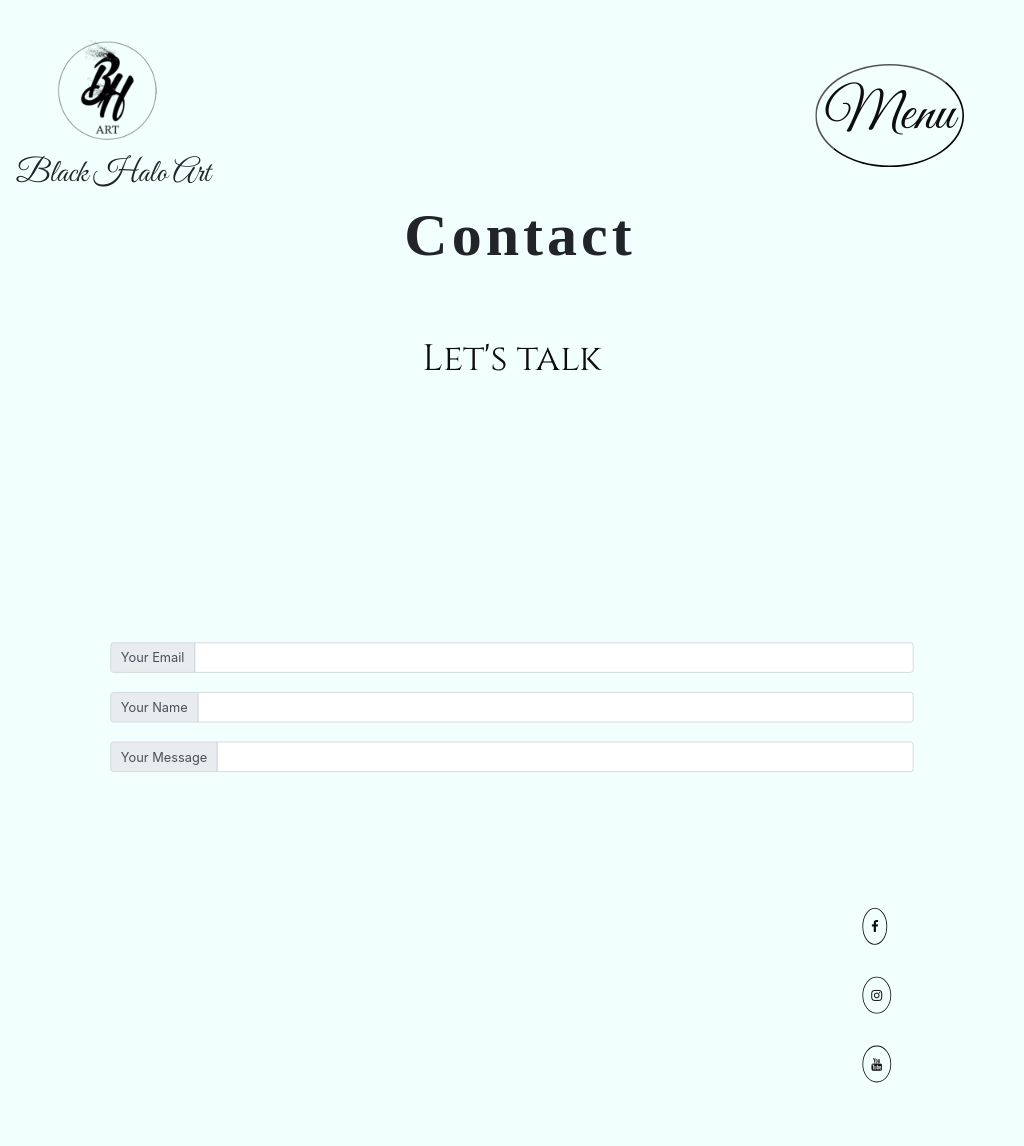
Repository: Cosy-Chaos/project-time
Page: contact.html
The author's editor kept a record of every edit. The page is drawn from the files as they stood at one moment, then again after the next edit.
The browser window is 1280 px wide. The pictures show the whole page, at 80% of full size.
Some web fonts or font styles are not loaded; a fallback is used.

Above is the page before.

### contact.html
<!DOCTYPE html>
<html lang="en">

<head>
    <meta charset="UTF-8">
    <meta name="viewport" content="width=device-width, initial-scale=1.0">
    <meta http-equiv="X-UA-Compatible" content="ie=edge">
    <link href="https://fonts.googleapis.com/css?family=Cinzel|Fredericka+the+Great|Great+Vibes&display=swap" rel="stylesheet">
    <link rel="stylesheet" href="https://stackpath.bootstrapcdn.com/bootstrap/4.3.1/css/bootstrap.min.css" integrity="sha384-ggOyR0iXCbMQv3Xipma34MD+dH/1fQ784/j6cY/iJTQUOhcWr7x9JvoRxT2MZw1T" crossorigin="anonymous">
    <link rel="stylesheet" href="assets/style_contact.css" type="text/css" />
    <link rel="stylesheet" href="https://stackpath.bootstrapcdn.com/font-awesome/4.7.0/css/font-awesome.min.css" type="text/css" />

    <title>Darja Klusina Art</title>
</head>

<body>

    <div class="main-logo">
        <a href="index.html" alt="Main Page"><img src="assets/logo/logo-small.png" alt="Main_Logo"></a></img>
        <div class="name">
            <h1>Black Halo Art</h1>
            <h2>Contact</h2>
        </div>
        <div class="dropdown">
            <button class="dropbtn">Menu</button>
            <div class="dropdown-content">
                <a href="index.html">Home</a>
                <a href="gallery.html">Gallery</a>
                <a href="about.html">About</a>
                <a href="contact.html">Contact</a>
            </div>
        </div>
    </div>

    <div class="content-wrapper">
        <div class="contact-page site-content">
            <div class="conteiner-small text-center">
                <div class="contact-main">
                    <div class="contact-title title-font">Let's talk</div>
                </div>
            </div>
            <div <div class="input-group">
                <div class="input-group-prepend">
                    <span class="input-group-text">Your Email</span>
                </div>
                <input type="text" aria-label="Your email" class="form-control">
            </div>

            <br>

            <div class="input-group">
                <div class="input-group-prepend">
                    <span class="input-group-text">Your Name</span>
                </div>
                <input type="text" aria-label="Your name" class="form-control">
            </div>

            <br>

            <div class="input-group">
                <div class="input-group-prepend">
                    <span class="input-group-text">Your Message</span>
                </div>
                <input type="text" aria-label="Your message" class="form-control">
            </div>

                <div class="about-social">
        <div class="so-item">

            <a href="https://www.facebook.com/blackhaloartist" target="_blank"><i class="fa fa-facebook"></i></a>
            <a href="https://www.instagram.com/blackhaloart/?fbclid=IwAR0IRtwjyj7-B-Tjv5CWjwHUeW9T6ptEm2dCBusSJtjk9olMUAFV6_Zk6og" target="_blank"><i class="fa fa-instagram"></i></a>
            <a href="https://www.youtube.com/channel/UCi3hfkN2DdiEeLvPHpxXXuQ?fbclid=IwAR0wBTjIhNcOKGbDGRSvACz2A8fbxU-7GMN3wKTMOusY2LFUkzb-oG_WCSA" target="_blank"><i class="fa fa-youtube"></i></a>

        </div>

        </div>
    </div>



</body>

</html>

### assets/style_contact.css
body {
    background-color: #f1fffd;
}



.main-logo {
    padding-top: 50px;
    padding-left: 20px;
    margin: 0;
    text-align: left;

}

.main-logo img {
    padding-left: 50px;
}

.main-logo h1 {
    font-family: 'Great Vibes', cursive;
    padding-top: 15px;
    text-align: left;
}

.main-logo h2 {
    text-align: center;
    font-family: 'Fredericka the Great', cursive;
    font-size: 75px;
    font-weight: 600;
    letter-spacing: 5px;
}

.dropbtn {
    background-color: transparent;
    font-family: 'Great Vibes', cursive;
    color: #0d0d0d;
    font-size: 70px;
    padding: 10px;
    border-radius: 100%;
}

.dropdown {
    position: absolute;
    top: 80px;
    right: 75px;
    display: inline-block;
}


.dropdown-content {
    display: none;
    position: absolute;
    background-color: transparent;
    min-width: 185px;
    box-shadow: 0px 2px 8px 0px #191970;
    z-index: 1;
}


.dropdown-content a {
    color: #0d0d0d;
    font-family: 'Great Vibes', cursive;
    text-align: center;
    font-size: 40px;
    padding: 12px 16px;
    text-decoration: none;
    display: block;
}


.dropdown-content a:hover {
    background-color: #ddd;
}


.dropdown:hover .dropdown-content {
    display: block;
}


.dropdown:hover .dropbtn {
    background-color: transparent;
}

.content-wrapper {
    padding-left: 10%;
    padding-right: 10%;
}

.content-wrapper {
    -webkit-box-flex: 1;
    -ms-flex: 1;
    flex: 1;
}

.content-wrapper {
    -webkit-box-flex: 1;
    -ms-flex: 1 1 auto;
    flex: 1 1 auto;
    height: 100%;
}

.site-wrapper {
    padding-left: 10%;
    padding-right: 10%;
}

.site-wrapper {
    -webkit-box-flex: 1;
    -ms-flex: 1;
    flex: 1;
}

.site-wrapper {
    -webkit-box-flex: 1;
    -ms-flex: 1 1 auto;
    flex: 1 1 auto;
    height: 100%;
}

.contact-page {
    padding-bottom: 3.75rem;
}

.site-content {
    margin-left: 0.625rem;
    margin-right: 0.625rem;
}

.contact-page>.container-small {
    padding-left: 0;
    padding-right: 0;
}

.container-small {
    max-width: 51.25rem;
}

.container-small,
.container-lg {
    margin-left: auto;
    margin-right: auto;
    padding-left: 0.9375rem;
    padding-right: 0.9375rem;
    width: 100%;
}

.text-center {
    text-align: center;
}

.contact-main {
    padding-top: 2.9375rem;
    padding-bottom: 10.00rem;
}

.contact-title title-font h1,
h2,
h3,
h4,
.title-font {
    font-family: 'Cinzel', serif;
}

.contact-title {
    font-size: 2.875rem;
    margin-top: 1.25rem;
    margin-bottom: 10.00rem;
    color: #0d0d0d;
    text-align: center;
}

.about-social {
    margin-top: 150px;
    margin-left:920px;
    display:inline-block;
}


.about-social a {
    color: #0d0d0d;
    border-radius: 50%;
    border: 1px solid #0d0d0d;
    padding: 10px;
    margin: 20px;
    display: inline-block;
}

.about-social a:hover {
    transition: .20s ease-in-out;
    text-shadow: 2px 2px 5px #191970;
}

After the next edit:
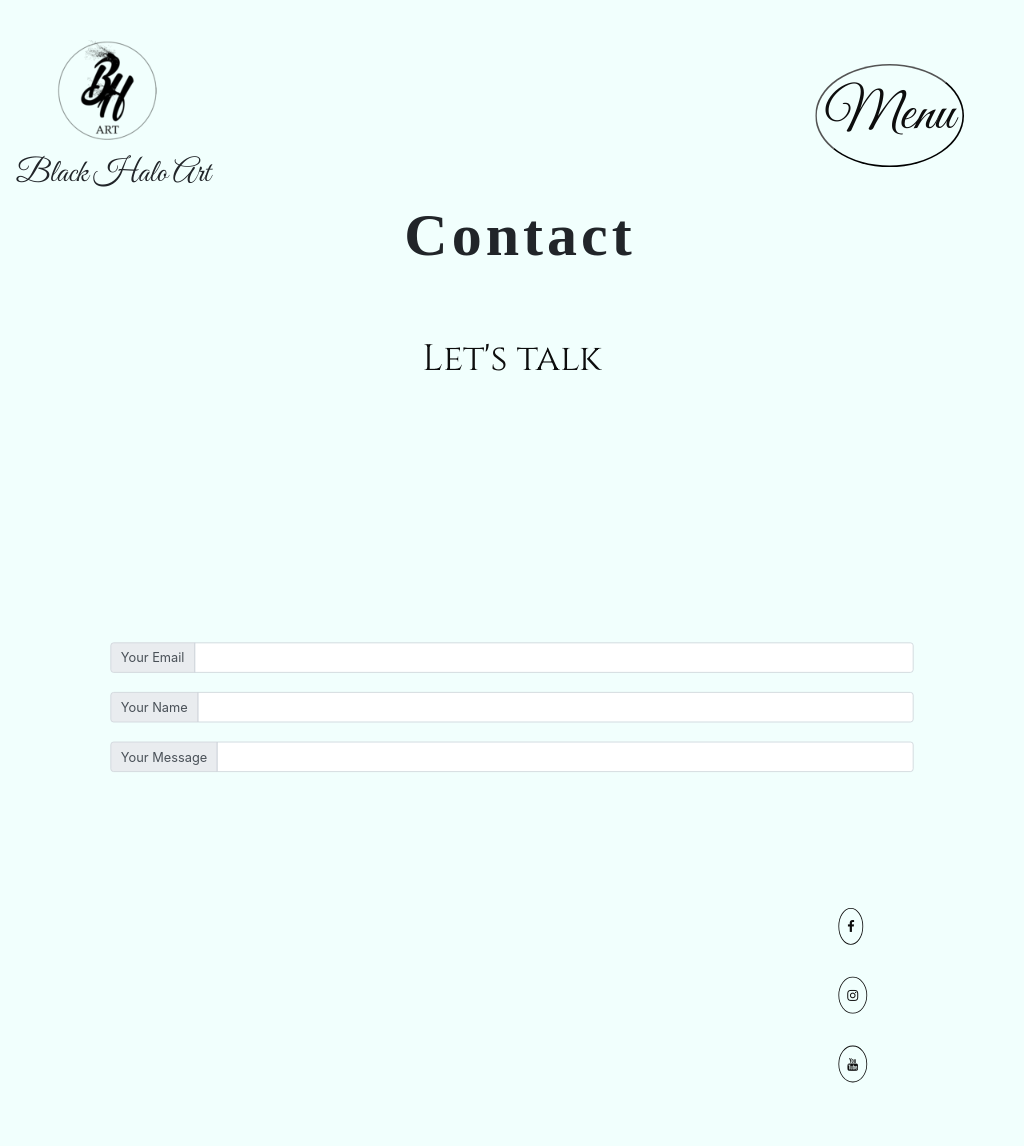
The edit:
--- a/assets/style_contact.css
+++ b/assets/style_contact.css
@@ -172,7 +172,7 @@
 
 .about-social {
     margin-top: 150px;
-    margin-left:920px;
+    margin-left:890px;
     display:inline-block;
 }
 
